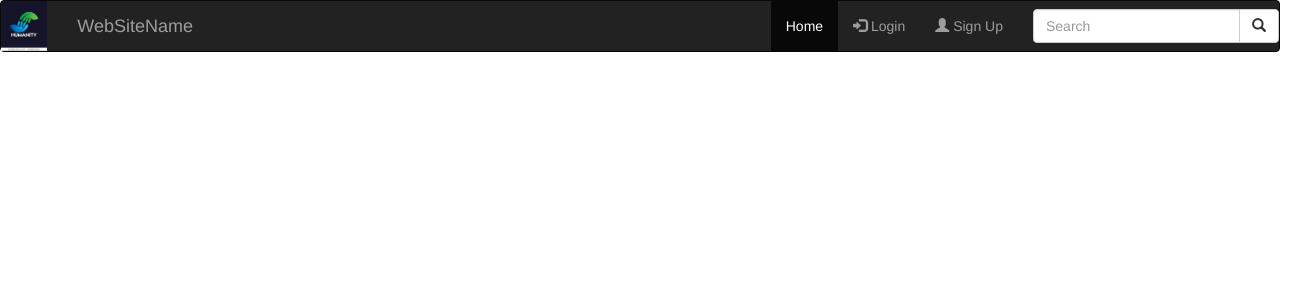
Repository: isranivishal/TsecCodestorm
Page: http://localhost/
The author's editor kept a copy of each file at every save. The page is drawn from the files as they stood at one save, then again after the next save.
The browser window is 1280 px wide. The page is 1294 px wide, so the pictures cover 1294 px, including what lies to the right of the window. The pictures show the whole page.
Some web libraries are served in a nearby version. The page is run by PHP 8.4 with error messages shown; the project is at /var/www/html/.

Above is the page before, as saved 2018-09-22 05:19:37.

### index.php
<!Doctype HTML>
<html>
    <head>
            <link rel="stylesheet" href="https://maxcdn.bootstrapcdn.com/bootstrap/3.3.7/css/bootstrap.min.css">
            <script src="https://ajax.googleapis.com/ajax/libs/jquery/3.3.1/jquery.min.js"></script>
            <script src="https://maxcdn.bootstrapcdn.com/bootstrap/3.3.7/js/bootstrap.min.js"></script>
            <link rel="stylesheet" href="https://cdnjs.cloudflare.com/ajax/libs/animate.css/3.5.2/animate.min.css">
    </head>

    <body>
        <div class="animated slideInLeft ">

        <nav class="navbar navbar-inverse">

              <div class="navbar-header">
                <img src="final_logo.jpg" style="height:50px", float:"left" class="animated slideInLeft delay-2s"></img >
                <a class="navbar-brand" href="#" style="float:right; padding-left:30px">WebSiteName</a>
              </div>
              <form class="navbar-form navbar-right" action="/action_page.php">
                <div class="input-group">
                  <input type="text" class="form-control" placeholder="Search" name="search">
                  <div class="input-group-btn">
                    <button class="btn btn-default" type="submit">
                      <i class="glyphicon glyphicon-search"></i>
                    </button>
                  </div>
                </div>
              </form>
              <ul class="nav navbar-nav navbar-right">

                    <li><a href="#"><span class="glyphicon glyphicon-log-in"></span> Login</a></li>
                    <li><a href="#"><span class="glyphicon glyphicon-user"></span> Sign Up</a></li>
            </ul>
              <ul class="nav navbar-nav navbar-right">
                <li class="active"><a href="#">Home</a></li>

              </ul>


            </div>
          </nav>
        </div>
    </body>
</html>

After the next save:
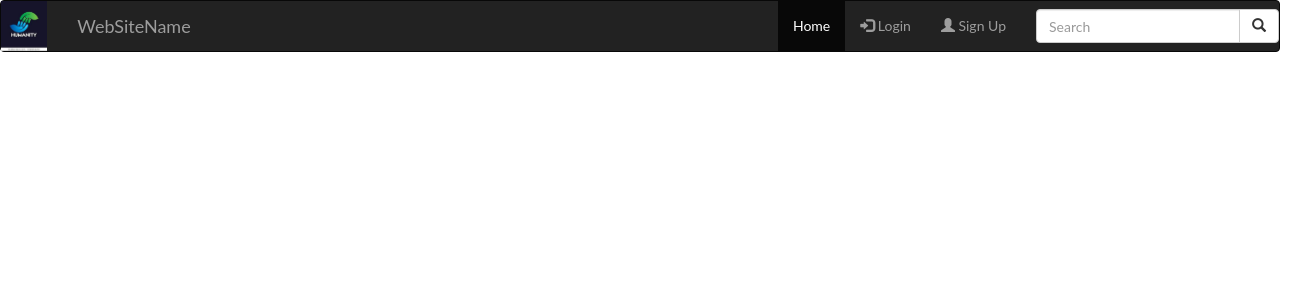
Saved 42 s later.
--- a/index.php
+++ b/index.php
@@ -5,6 +5,77 @@
             <script src="https://ajax.googleapis.com/ajax/libs/jquery/3.3.1/jquery.min.js"></script>
             <script src="https://maxcdn.bootstrapcdn.com/bootstrap/3.3.7/js/bootstrap.min.js"></script>
             <link rel="stylesheet" href="https://cdnjs.cloudflare.com/ajax/libs/animate.css/3.5.2/animate.min.css">
+
+            <style>
+                    body {
+                        font-family: "Lato", sans-serif;
+                    }
+
+                    /* Fixed sidenav, full height */
+                    .sidenav {
+                        height: 100%;
+                        width: 200px;
+                        position: fixed;
+                        z-index: 1;
+                        top: 0;
+                        left: 0;
+                        background-color: #111;
+                        overflow-x: hidden;
+                        padding-top: 20px;
+                    }
+
+                    /* Style the sidenav links and the dropdown button */
+                    .sidenav a, .dropdown-btn {
+                        padding: 6px 8px 6px 16px;
+                        text-decoration: none;
+                        font-size: 20px;
+                        color: #818181;
+                        display: block;
+                        border: none;
+                        background: none;
+                        width: 100%;
+                        text-align: left;
+                        cursor: pointer;
+                        outline: none;
+                    }
+
+                    /* On mouse-over */
+                    .sidenav a:hover, .dropdown-btn:hover {
+                        color: #f1f1f1;
+                    }
+
+                    /* Main content */
+                    .main {
+                        margin-left: 200px; /* Same as the width of the sidenav */
+                        font-size: 20px; /* Increased text to enable scrolling */
+                        padding: 0px 10px;
+                    }
+
+                    /* Add an active class to the active dropdown button */
+                    .active {
+                        background-color: green;
+                        color: white;
+                    }
+
+                    /* Dropdown container (hidden by default). Optional: add a lighter background color and some left padding to change the design of the dropdown content */
+                    .dropdown-container {
+                        display: none;
+                        background-color: #262626;
+                        padding-left: 8px;
+                    }
+
+                    /* Optional: Style the caret down icon */
+                    .fa-caret-down {
+                        float: right;
+                        padding-right: 8px;
+                    }
+
+                    /* Some media queries for responsiveness */
+                    @media screen and (max-height: 450px) {
+                        .sidenav {padding-top: 15px;}
+                        .sidenav a {font-size: 18px;}
+                    }
+                    </style>
     </head>
 
     <body>
